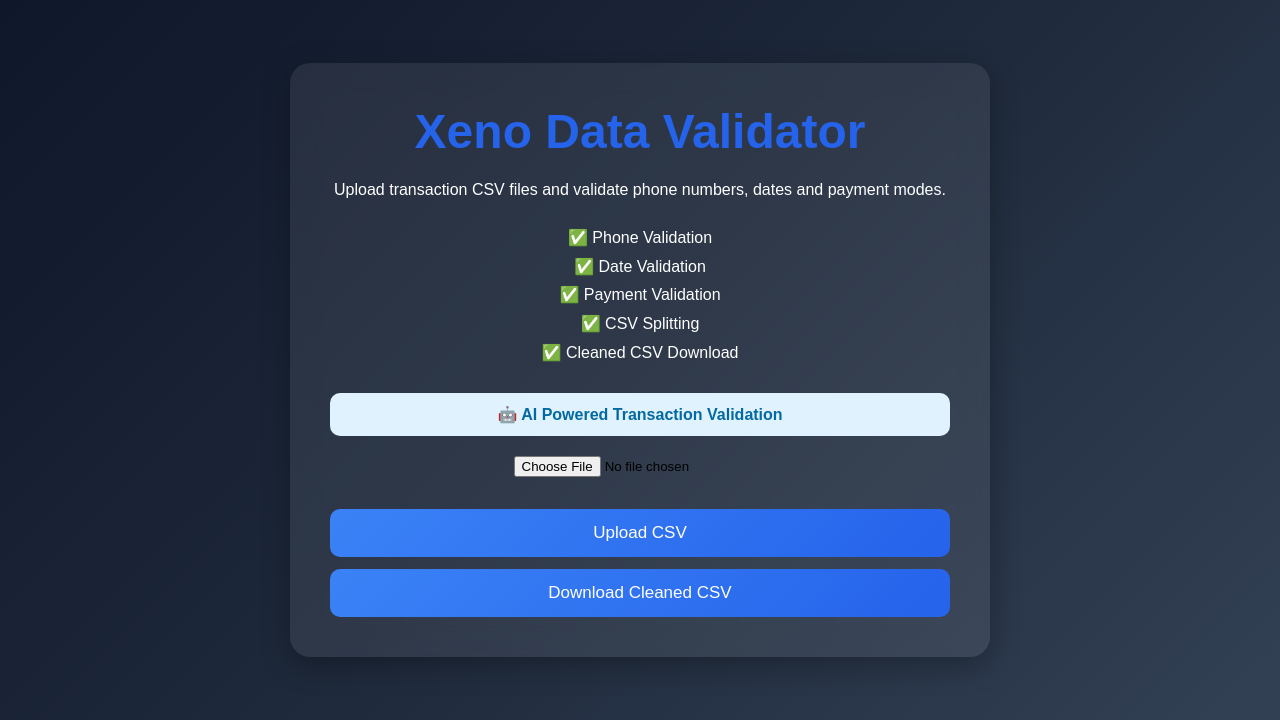
Repository: Aartigarg446/xeno-data-validator
Page: / (app in frontend/)
An editor plug-in stored every save of this project. The page is shown before and after the next save, followed by the edit.
The browser window is 1280 px wide. The pictures show the whole page.
The project was rebuilt for these pictures with package versions that can differ from the ones it lists, and the page was loaded fresh each time. Also part of the build but not shown: frontend/vite.config.js.

Above is the page before, as saved 2026-06-17 14:22:20.

After the next save:
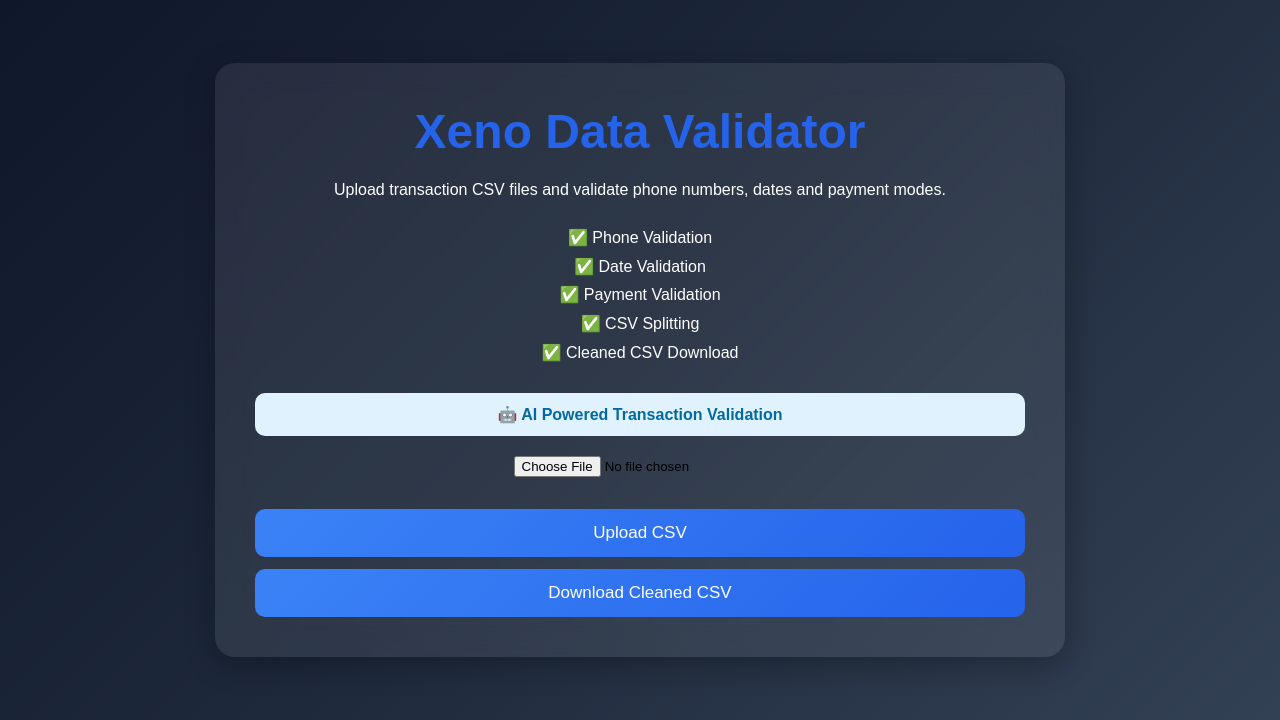
Saved 109 s later.
--- a/frontend/src/App.css
+++ b/frontend/src/App.css
@@ -26,7 +26,7 @@
   backdrop-filter: blur(15px);
   padding: 40px;
   border-radius: 20px;
-  width: 700px;
+  width: 850px;
   max-width: 90%;
   text-align: center;
   box-shadow: 0px 8px 30px rgba(0,0,0,0.3);
